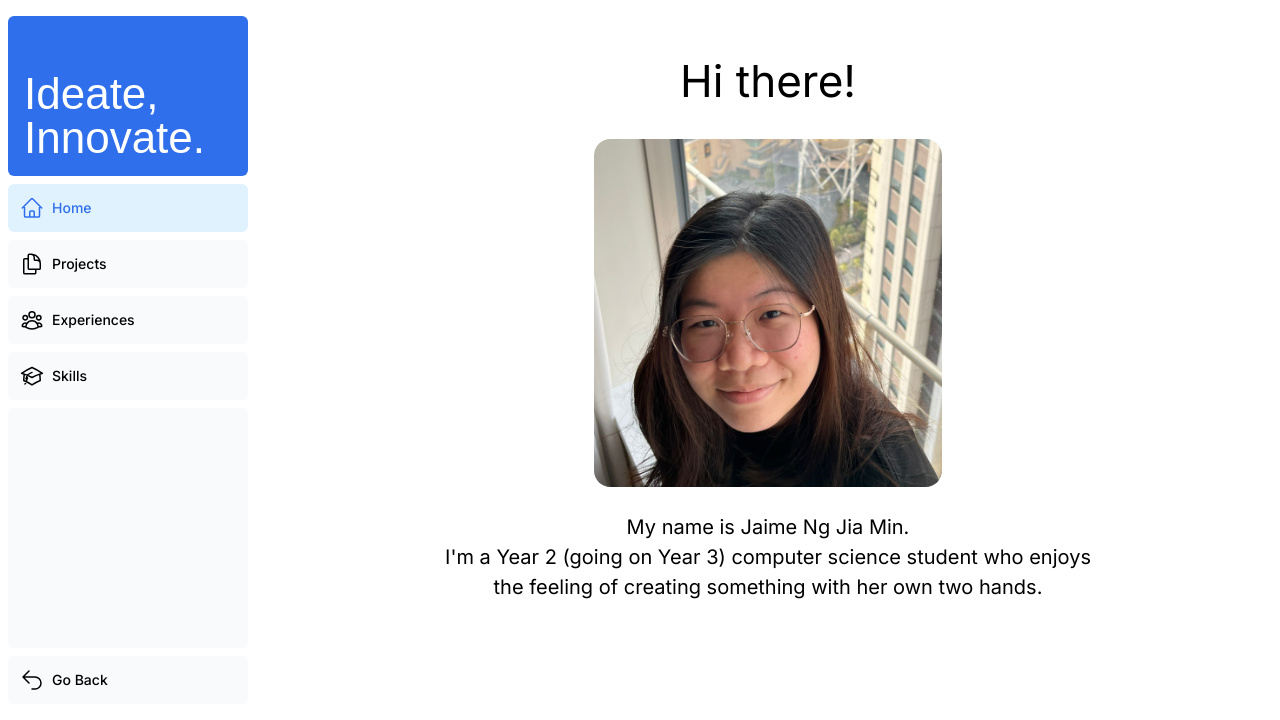
Repository: ThatGirlJam/jaime-portfolio
Page: /dashboard
An editor plug-in stored every save of this project. The page is shown before and after the next save, followed by the edit.
The browser window is 1280 px wide. The pictures show the whole page.
Some web fonts or font styles are not loaded; a fallback is used. The project was rebuilt for these pictures with package versions that can differ from the ones it lists, and the page was loaded fresh each time. The framework's server and built-in components were replaced by stand-ins that run in the browser. Also part of the build but not shown: next.config.js.

Above is the page before, as saved 2024-04-10 00:28:49.

After the next save:
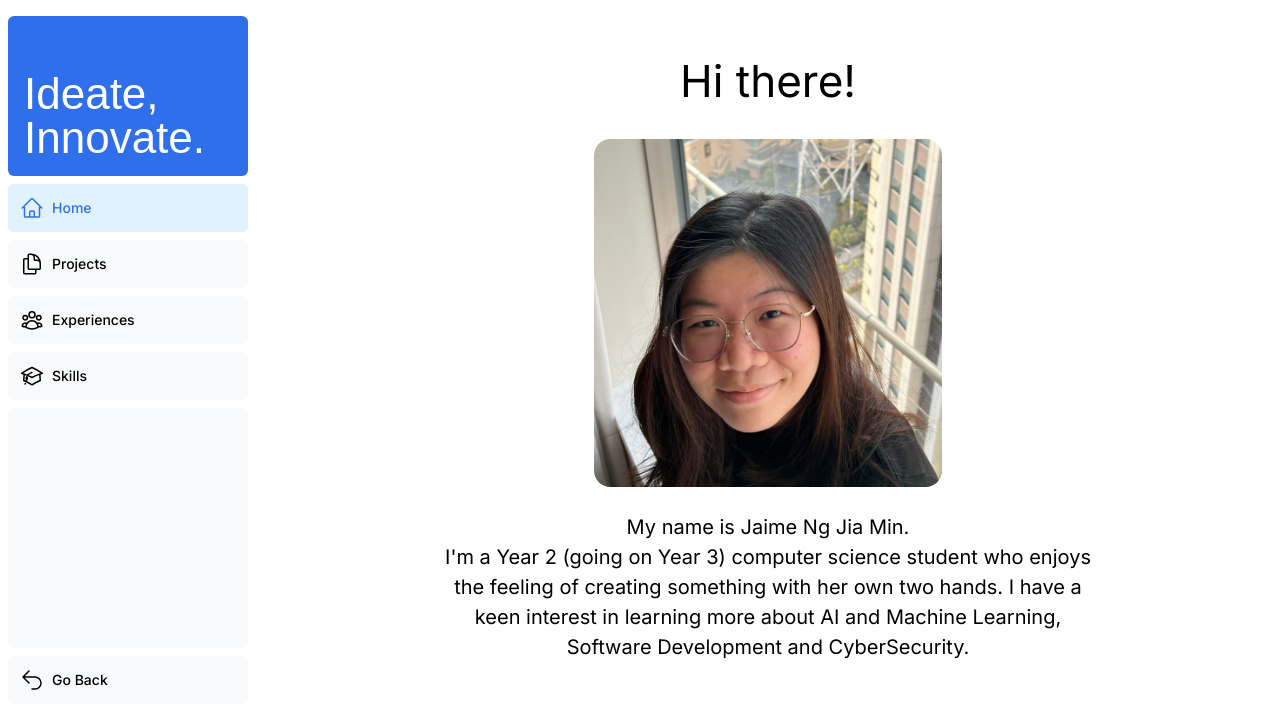
Saved 25 s later.
--- a/app/dashboard/page.tsx
+++ b/app/dashboard/page.tsx
@@ -31,6 +31,7 @@ export default function Page() {
       <div className="max-w-2xl mx-auto"> {/* Apply mx-auto class to horizontally center the div */}
         <p className="text-[20px]">
           I'm a Year 2 (going on Year 3) computer science student who enjoys the feeling of creating something with her own two hands.
+          I have a keen interest in learning more about AI and Machine Learning, Software Development and CyberSecurity.
         </p>
       </div>
     </div>
